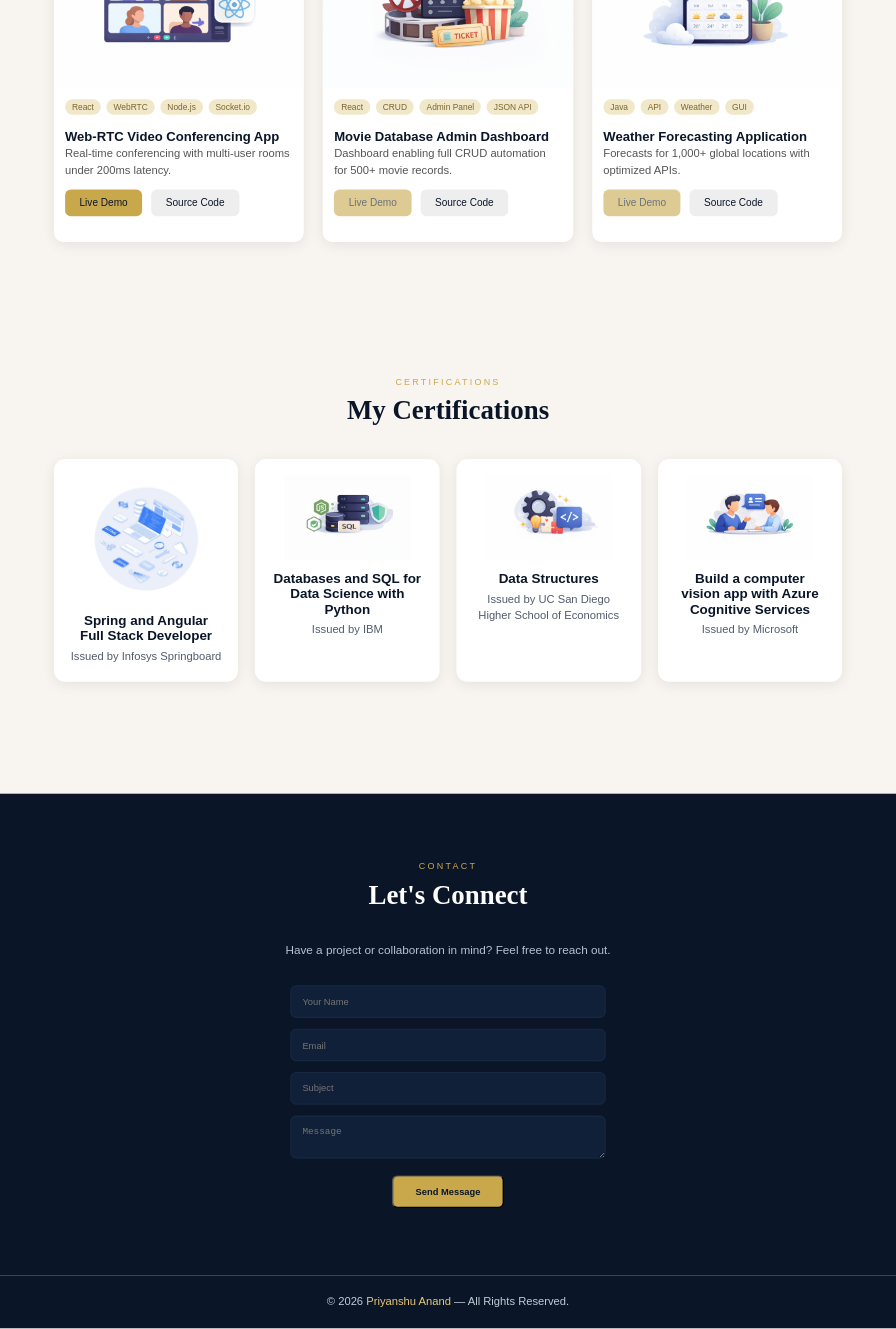
Repository: priyanshuanand12022/My-Portfolio
Page: /
These files come from the project's save history. The page is drawn as it stood at one moment and after a run of saves; the edit follows.
The browser window is 1280 px wide. The pictures show the part of the page from y = 1477 to 3397 px (the page is 3375 px tall before and 3397 px after), at 70% of full size.
The project was rebuilt for these pictures with package versions that can differ from the ones it lists, and the page was loaded fresh each time. Also part of the build but not shown: vite.config.js.

Above is the page before, as saved 2026-02-28 22:28:08.

### index.html
<!doctype html>
<html lang="en">
  <head>
    <meta charset="UTF-8" />
    <link rel="icon" href="/favicon.png" type="image/png" sizes="32x32" />
    <link rel="apple-touch-icon" href="/favicon.png" />
    <meta name="viewport" content="width=device-width, initial-scale=1.0" />
    <title>Portfolio</title>
  </head>
  <body>
    <div id="root"></div>
    <script type="module" src="/src/main.jsx"></script>
  </body>
</html>

### src/main.jsx
import React from "react";
import ReactDOM from "react-dom/client";
import Portfolio from "./Portfolio.jsx";

ReactDOM.createRoot(document.getElementById("root")).render(
  <React.StrictMode>
    <Portfolio />
  </React.StrictMode>
);

### src/Portfolio.jsx
import { useState } from "react";
import "./Portfolio.css";
import emailjs from "emailjs-com";

// Images
import webrtcImg from "./assets/webrtc.png";
import movieImg from "./assets/movie.png";
import weatherImg from "./assets/weather.png";
import backendImg from "./assets/backend.png";
import problemImg from "./assets/problem.png";
import teamImg from "./assets/team.png";

export default function Portfolio() {
  const [submitted, setSubmitted] = useState(false);
  const [formData, setFormData] = useState({
    name: "",
    email: "",
    subject: "",
    message: "",
  });

  const handleSubmit = (e) => {
    e.preventDefault();

    emailjs
      .send(
        "service_lk6jd4n",
        "template_el7uc7k",
        {
          name: formData.name,
          email: formData.email,
          subject: formData.subject,
          message: formData.message,
        },
        "nVCyFrHKLSf0xcnOJ"
      )
      .then(() => {
        setSubmitted(true);
      })
      .catch((err) => {
        console.log("Email send error:", err);
        alert("Something went wrong!");
      });
  };

  const handleChange = (e) =>
    setFormData((prev) => ({ ...prev, [e.target.name]: e.target.value }));

  return (
    <div className="portfolio">

      {/* ================= NAVBAR ================= */}
      <nav className="nav">
  {/* Left */}
  <div className="nav-logo">Priyanshu Anand</div>

  {/* Center */}
  <ul className="nav-center">
    <li><a href="#about">About</a></li>
    <li><a href="#skills">Skills</a></li>
    <li><a href="#projects">Projects</a></li>
    <li><a href="#certifications">Certifications</a></li>
    <li><a href="#contact">Contact</a></li>
  </ul>

  {/* Right */}
  <div className="nav-right">

    {/* Resume Button */}
    <a
      href="/resume.pdf"
      className="resume-btn"
      target="_blank"
      rel="noopener noreferrer"
    >
      Resume
    </a>

    <a href="https://github.com/priyanshuanand12022" target="_blank">
      <img className="icon" src="/github.svg" alt="GitHub" />
    </a>

    <a href="https://www.linkedin.com/in/priyanshu-anand-213315353" target="_blank">
      <img className="icon" src="/linkedin.svg" alt="LinkedIn" />
    </a>
  </div>
</nav>

      {/* ================= HERO ================= */}
      <section id="about" className="hero">
        <h1>Building performant, scalable & user-focused applications</h1>

        <p className="hero-desc">
          Versatile and results-driven Full Stack Developer with hands-on
          experience in MERN, Spring Boot, and modern databases. Passionate
          about crafting efficient, scalable, and user-centered solutions
          while contributing to open-source and developer communities.
        </p>

        <div className="hero-buttons">
          <a href="#projects" className="btn-primary">View Work</a>
          <a href="#contact" className="btn-secondary">Get In Touch</a>
        </div>
      </section>

      {/* ================= SKILLS ================= */}
      <section id="skills" className="skills">
        <div className="section-tag">SKILLS</div>
        <h2 className="section-title">What I Bring</h2>

        <div className="skills-grid">

          <div className="skill-card">
            <img src={webrtcImg} alt="Frontend" className="skill-img" />
            <h3>Frontend Development</h3>
            <p>React, JavaScript, HTML, CSS, UI/UX oriented design.</p>
          </div>

          <div className="skill-card">
            <img src={backendImg} alt="Backend" className="skill-img" />
            <h3>Backend Engineering</h3>
            <p>Node.js, Spring Boot, REST APIs, MongoDB, SQL.</p>
          </div>

          <div className="skill-card">
            <img src={problemImg} alt="Problem Solving" className="skill-img" />
            <h3>Problem Solving</h3>
            <p>Strong DSA foundation, debugging, and optimization.</p>
          </div>

          <div className="skill-card">
            <img src={teamImg} alt="Team" className="skill-img" />
            <h3>Team & Leadership</h3>
            <p>Collaboration, communication, adaptability, ownership.</p>
          </div>

        </div>
      </section>

      {/* ================= PROJECTS ================= */}
      <section id="projects" className="projects">
        <div className="section-tag">PORTFOLIO</div>
        <h2 className="section-title">Selected Projects</h2>

        <div className="projects-grid">

          {/* WEBRTC */}
          <div className="project-card">
            <img src={webrtcImg} className="project-img" alt="WebRTC" />
            <div className="project-tags">
              <span>React</span>
              <span>WebRTC</span>
              <span>Node.js</span>
              <span>Socket.io</span>
            </div>
            <h3>Web-RTC Video Conferencing App</h3>
            <p>Real-time conferencing with multi-user rooms under 200ms latency.</p>

            <div className="project-buttons">
              <a href="https://webrtc-conference-app2.netlify.app" className="btn-live">Live Demo</a>
              <a href="https://github.com/priyanshuanand12022/webrtc-full-app.git" className="btn-code">Source Code</a>
            </div>
          </div>

          {/* MOVIE DASHBOARD */}
          <div className="project-card">
            <img src={movieImg} className="project-img" alt="Movie Dashboard" />
            <div className="project-tags">
              <span>React</span>
              <span>CRUD</span>
              <span>Admin Panel</span>
              <span>JSON API</span>
            </div>
            <h3>Movie Database Admin Dashboard</h3>
            <p>Dashboard enabling full CRUD automation for 500+ movie records.</p>

            <div className="project-buttons">
              <a className="btn-live disabled">Live Demo</a>
              <a href="https://github.com/priyanshuanand12022/DBMS-Movie-Ticket-Booking-System.git" className="btn-code">Source Code</a>
            </div>
          </div>

          {/* WEATHER APP */}
          <div className="project-card">
            <img src={weatherImg} className="project-img" alt="Weather App" />
            <div className="project-tags">
              <span>Java</span>
              <span>API</span>
              <span>Weather</span>
              <span>GUI</span>
            </div>
            <h3>Weather Forecasting Application</h3>
            <p>Forecasts for 1,000+ global locations with optimized APIs.</p>

            <div className="project-buttons">
              <a className="btn-live disabled">Live Demo</a>
              <a href="https://github.com/priyanshuanand12022/JAVA-WEATHER-APPLICATION-PROJECT.git" className="btn-code">Source Code</a>
            </div>
          </div>

        </div>
      </section>

      {/* ================= CERTIFICATIONS ================= */}
<section id="certifications" className="skills">
  <div className="section-tag">CERTIFICATIONS</div>
  <h2 className="section-title">My Certifications</h2>

  <div className="skills-grid">

    <div
      className="skill-card"
      onClick={() => window.open("/certificates/cert1.pdf", "_blank")}
      style={{ cursor: "pointer" }}
    >
      <img src="/cert-images/spring-angular.png" className="skill-img" />
      <h3>Spring and Angular Full Stack Developer</h3>
      <p>Issued by Infosys Springboard</p>
    </div>

    <div
      className="skill-card"
      onClick={() => window.open("/certificates/cert2.pdf", "_blank")}
      style={{ cursor: "pointer" }}
    >
      <img src={backendImg} alt="Cert 2" className="skill-img" />
      <h3>Databases and SQL for Data Science with Python</h3>
      <p>Issued by IBM</p>
    </div>

    <div
      className="skill-card"
      onClick={() => window.open("/certificates/cert3.pdf", "_blank")}
      style={{ cursor: "pointer" }}
    >
      <img src={problemImg} alt="Cert 3" className="skill-img" />
      <h3>Data Structures</h3>
      <p>Issued by UC San Diego Higher School of Economics</p>
    </div>

    <div
      className="skill-card"
      onClick={() => window.open("/certificates/cert4.pdf", "_blank")}
      style={{ cursor: "pointer" }}
    >
      <img src={teamImg} alt="Cert 4" className="skill-img" />
      <h3>Build a computer vision app with Azure Cognitive Services</h3>
      <p>Issued by Microsoft</p>
    </div>

  </div>
</section>

      {/* ================= CONTACT ================= */}
      <section id="contact" className="contact">
        <div className="section-tag light">CONTACT</div>
        <h2 className="section-title light">Let's Connect</h2>

        <p className="contact-desc">
          Have a project or collaboration in mind? Feel free to reach out.
        </p>

        {submitted ? (
          <div className="thankyou">
            Thank you! I’ll get back to you soon.
          </div>
        ) : (
          <form className="contact-form" onSubmit={handleSubmit}>
            <input name="name" placeholder="Your Name" required onChange={handleChange} />
            <input name="email" type="email" placeholder="Email" required onChange={handleChange} />
            <input name="subject" placeholder="Subject" onChange={handleChange} />
            <textarea name="message" placeholder="Message" required onChange={handleChange} />
            <button className="btn-primary submit-btn">Send Message</button>
          </form>
        )}
      </section>

      {/* ================= FOOTER ================= */}
      <footer className="footer">
        © 2026 <span>Priyanshu Anand</span> — All Rights Reserved.
      </footer>

    </div>
  );
}

### src/Portfolio.css
/* GLOBAL */
* {
  margin: 0;
  padding: 0;
  box-sizing: border-box;
}

body {
  font-family: "DM Sans", sans-serif;
  background: #f8f4ef;
  color: #0a1628;
}

.portfolio {
  width: 100%;
  overflow-x: hidden;
}

/* ================= NAV ================= */
.nav {
  display: flex;
  justify-content: space-between;
  align-items: center;
  padding: 1.1rem 6%;
  position: fixed;
  top: 0;
  width: 100%;
  background: rgba(10, 22, 40, 0.95);
  backdrop-filter: blur(10px);
  z-index: 2000;
}

.nav-logo {
  color: white;
  font-weight: 700;
  font-size: 1.6rem;
  letter-spacing: 0.5px;
}

.nav {
  display: flex;
  justify-content: space-between;   /* keeps left, center, right separated */
  align-items: center;
  padding: 1.2rem 6%;
  position: fixed;
  top: 0;
  width: 100%;
  background: rgba(10, 22, 40, 0.92);
  backdrop-filter: blur(10px);
  z-index: 200;
}

/* Center nav links */
.nav-center {
  position: absolute;
  left: 50%;
  transform: translateX(-50%);   /* centers exactly */
  display: flex;
  gap: 2rem;
  list-style: none;
}

.nav-center a {
  color: #c9cbd1;
  text-decoration: none;
  font-size: 0.88rem;
}

.resume-btn {
  border: 1px solid #c9a84c;
  background: transparent;
  color: #c9a84c;
  padding: 6px 16px;
  border-radius: 6px;
  text-decoration: none;
  font-size: 0.85rem;
  font-weight: 600;
  transition: 0.2s ease;
}

.resume-btn:hover {
  background: #c9a84c;
  color: #0a1628;
}

.nav-center a:hover {
  color: #e8c97a;
}

/* Right social icons */
.nav-right {
  display: flex;
  gap: 1.2rem;
  align-items: center;
}

.nav-logo span {
  color: #c9a84c;
}

/* Nav links */
.nav-links {
  display: flex;
  gap: 2rem;
  list-style: none;
}

.nav-links a {
  color: #c9cbd1;
  text-decoration: none;
  font-size: 0.88rem;
  transition: 0.2s ease;
}

.nav-links a:hover {
  color: #e8c97a;
}

/* Social Icons Right Side */
.nav-social {
  display: flex;
  align-items: center;
  gap: 1rem;
}

.nav-social .icon {
  width: 22px;
  height: 22px;
  filter: brightness(0) invert(1); /* white icons */
  opacity: 0.85;
  transition: 0.2s;
}

.nav-social .icon:hover {
  opacity: 1;
  transform: scale(1.15);
}

/* ================= HERO ================= */
.hero {
  background: #0a1628;
  color: white;
  padding: 10rem 6% 7rem;
}

.hero h1 {
  font-family: "Playfair Display", serif;
  font-size: 3.4rem;
  max-width: 750px;
  line-height: 1.2;
}

.hero-desc {
  margin-top: 1.3rem;
  color: #aeb5c3;
  max-width: 620px;
  line-height: 1.6;
}

.hero-buttons {
  margin-top: 2rem;
  display: flex;
  gap: 1rem;
}

.btn-primary {
  background: #c9a84c;
  color: #0a1628;
  padding: 0.9rem 2rem;
  border-radius: 8px;
  text-decoration: none;
  font-weight: 600;
}

.btn-secondary {
  background: white;
  color: #0a1628;
  padding: 0.9rem 2rem;
  border-radius: 8px;
  text-decoration: none;
  font-weight: 600;
}

/* ================= SECTION HEADERS ================= */
.section-tag {
  text-align: center;
  letter-spacing: 0.25em;
  color: #c9a84c;
  font-size: 0.8rem;
}

.section-title {
  text-align: center;
  font-family: "Playfair Display", serif;
  font-size: 2.4rem;
  margin: 0.7rem 0 3rem;
}

/* ================= SKILLS ================= */
.skills {
  padding: 6rem 6%;
}

.skills-grid {
  display: grid;
  grid-template-columns: repeat(auto-fit, minmax(260px, 1fr));
  gap: 1.5rem;
}

.skill-card {
  background: white;
  padding: 1.5rem;
  border-radius: 16px;
  text-align: center;
  min-height: 260px;
  box-shadow: 0 4px 20px rgba(0, 0, 0, 0.08);
}

.skill-img {
  width: 180px;
  margin: 0 auto 1rem;
  display: block;
}

.skill-card h3 {
  font-size: 1.2rem;
  margin-bottom: 0.4rem;
}

.skill-card p {
  color: #515c6c;
  line-height: 1.5;
}

/* ================= PROJECTS ================= */
.projects {
  padding: 6rem 6%;
}

.projects-grid {
  display: grid;
  grid-template-columns: repeat(auto-fit, minmax(290px, 1fr));
  gap: 1.7rem;
}

.project-card {
  background: white;
  border-radius: 14px;
  padding-bottom: 1.3rem;
  box-shadow: 0 4px 20px rgba(0, 0, 0, 0.08);
}

.project-img {
  width: 100%;
  border-radius: 14px 14px 0 0;
}

.project-tags {
  display: flex;
  gap: 8px;
  flex-wrap: wrap;
  padding: 0.8rem 1rem;
}

.project-tags span {
  background: #f1e7c9;
  color: #7b6630;
  padding: 4px 10px;
  border-radius: 20px;
  font-size: 0.75rem;
}

.project-card h3 {
  padding: 0 1rem;
  margin-top: 0.5rem;
}

.project-card p {
  padding: 0 1rem;
  color: #555;
  line-height: 1.5;
}

.project-buttons {
  padding: 1rem;
  display: flex;
  gap: 0.8rem;
}

.btn-live {
  background: #c9a84c;
  color: #0a1628;
  padding: 0.7rem 1.3rem;
  border-radius: 8px;
  font-size: 0.9rem;
  text-decoration: none;
}

.btn-code {
  background: #eee;
  color: #0a1628;
  padding: 0.7rem 1.3rem;
  border-radius: 8px;
  font-size: 0.9rem;
  text-decoration: none;
}

.disabled {
  opacity: 0.6;
  pointer-events: none;
}

/* ================= CONTACT ================= */
.contact {
  background: #0a1628;
  color: white;
  padding: 6rem 6%;
  margin-top: 4rem;
  text-align: center;
}

.section-title.light {
  color: white;
}

.contact-desc {
  margin-top: 1rem;
  color: #b7c0cf;
  font-size: 1.05rem;
}

.contact-form {
  margin-top: 2.5rem;
  max-width: 450px;
  margin-left: auto;
  margin-right: auto;
  display: flex;
  flex-direction: column;
  gap: 1rem;
}

.contact-form input,
.contact-form textarea {
  padding: 0.9rem 1rem;
  background: #102039;
  border-radius: 8px;
  border: 1px solid #21324d;
  color: white;
}

.submit-btn {
  margin-top: 0.5rem;
  align-self: center;
}

/* ================= FOOTER ================= */
.footer {
  text-align: center;
  padding: 1.8rem 0;
  background: #0a1628;
  color: #c2cad6;
}

.footer span {
  color: #e6c878;
}

After the next 2 saves:
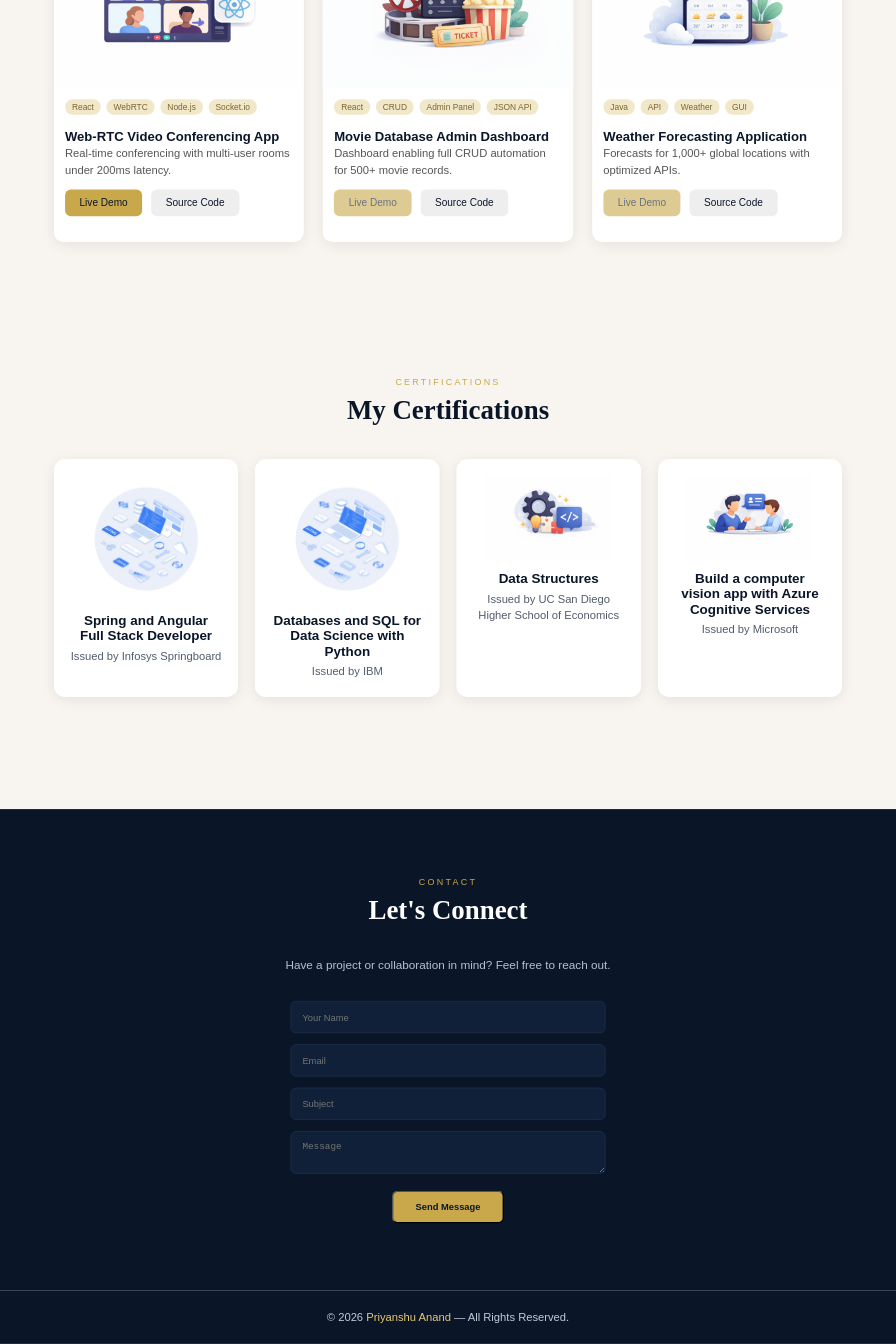
The 2 saves are shown as one change because they came seconds apart.
The last was saved 58 s later.
--- a/src/Portfolio.jsx
+++ b/src/Portfolio.jsx
@@ -223,7 +223,7 @@ export default function Portfolio() {
       onClick={() => window.open("/certificates/cert2.pdf", "_blank")}
       style={{ cursor: "pointer" }}
     >
-      <img src={backendImg} alt="Cert 2" className="skill-img" />
+      <img src="/cert-images/spring-angular.png" className="skill-img" />
       <h3>Databases and SQL for Data Science with Python</h3>
       <p>Issued by IBM</p>
     </div>
